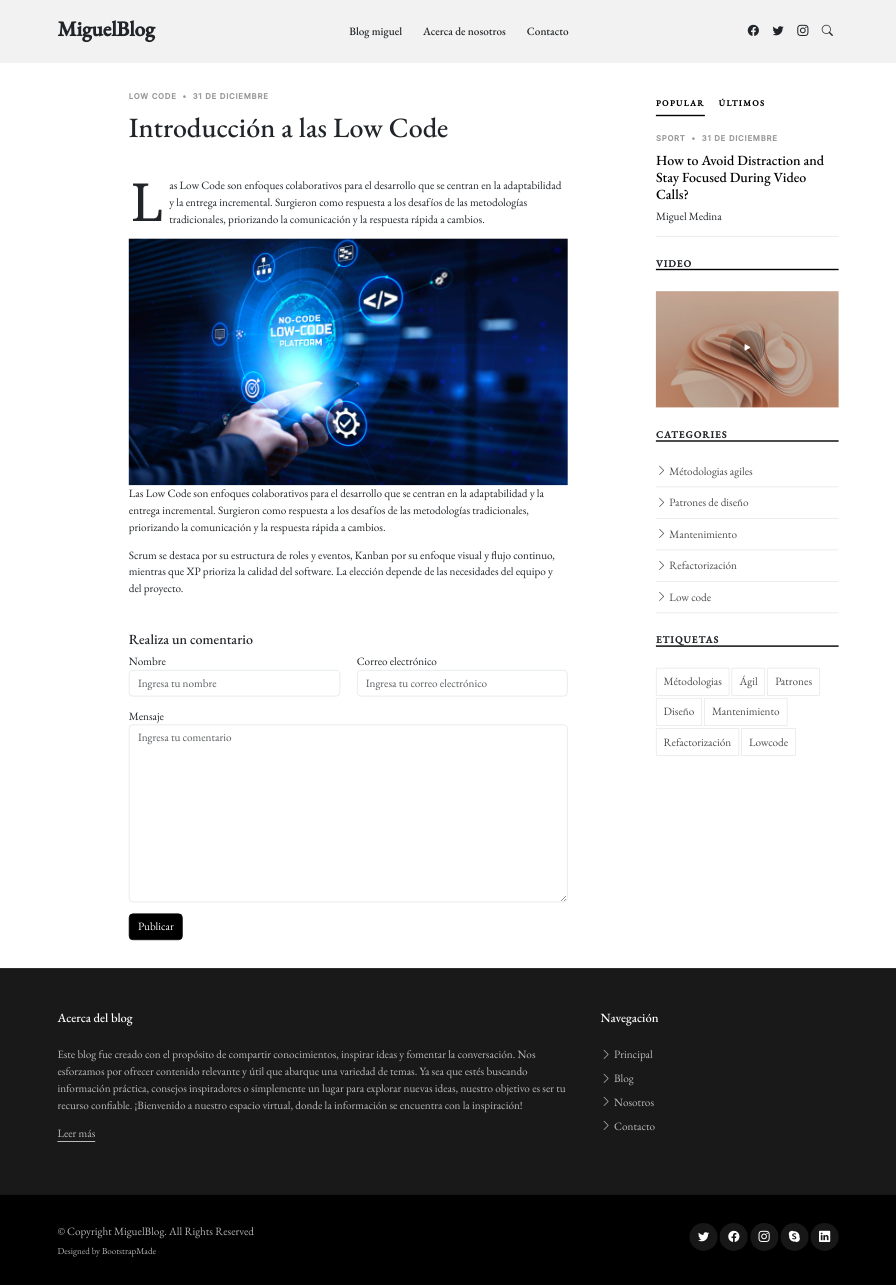
Repository: MiguelDev5/blog-miguel
Page: post-lc.html
These files come from the project's save history. The page is drawn as it stood at one moment and after the next save; the edit follows.
The browser window is 1280 px wide. The pictures show the whole page, at 70% of full size.
Some web fonts or font styles are not loaded; a fallback is used.

Above is the page before, as saved 2024-01-01 21:04:17.

After the next save:
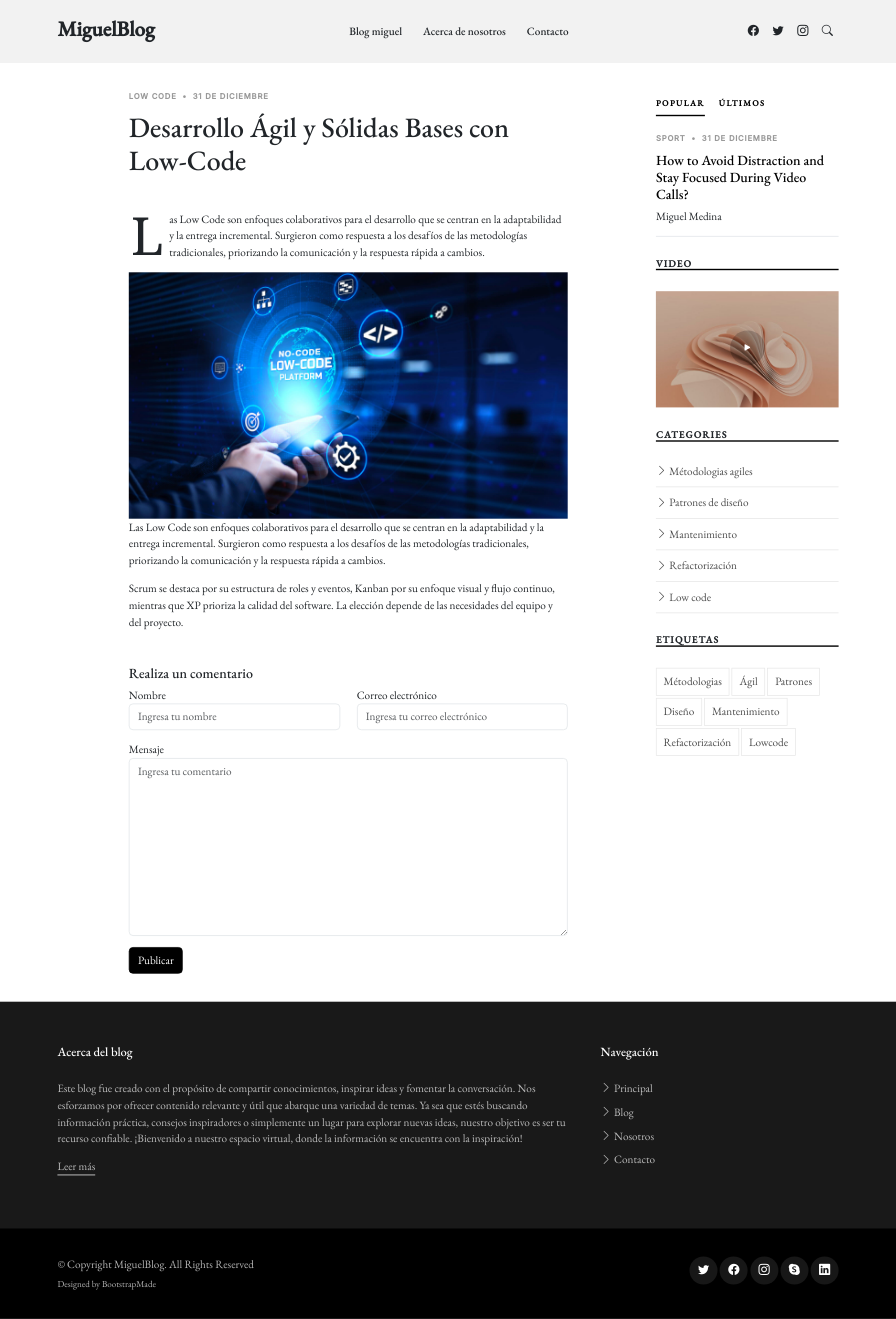
Saved 18 s later.
--- a/post-lc.html
+++ b/post-lc.html
@@ -91,7 +91,7 @@
             <!-- ======= Single Post Content ======= -->
             <div class="single-post">
               <div class="post-meta"><span class="date">Low Code</span> <span class="mx-1">&bullet;</span> <span>31 de Diciembre</span></div>
-              <h1 class="mb-5">Introducción a las Low Code</h1>
+              <h1 class="mb-5">Desarrollo Ágil y Sólidas Bases con Low-Code</h1>
               <p><span class="firstcharacter">L</span>as Low Code son enfoques colaborativos para el desarrollo que se centran en la adaptabilidad y la entrega incremental. Surgieron como respuesta a los desafíos de las metodologías tradicionales, priorizando la comunicación y la respuesta rápida a cambios.</p>
               <div class="col-md-9"></div>
                   <img src="assets/img/lc001.jpg" alt="" class="img-fluid" style="width: 200;">
